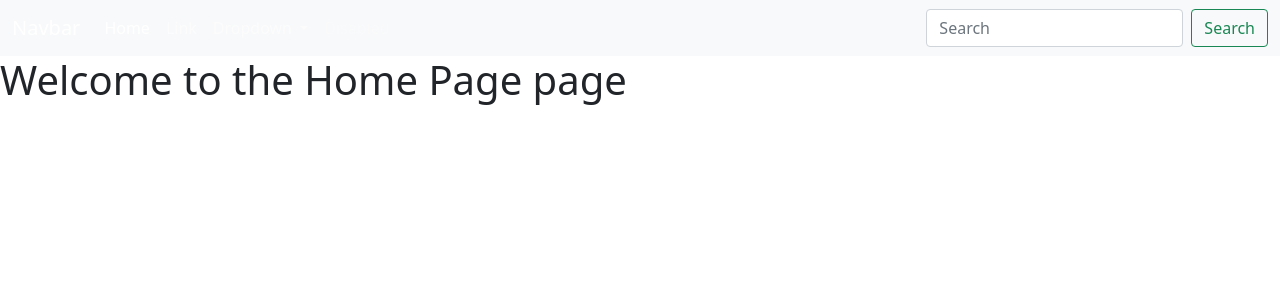
Repository: Survey-Wizard/SurveyWizard
Page: http://localhost/home
These files come from the project's save history. The page is drawn as it stood at one moment and after the next save; the edit follows.
The browser window is 1280 px wide. The pictures show the whole page.
The page is served by the project's Node server (server.js). Other server files are loaded and not shown.

Above is the page before, as saved 2021-05-30 09:52:36.

### views/index.ejs
<!DOCTYPE html>
<html lang="en">
<head>
  <meta charset="UTF-8">
  <meta http-equiv="X-UA-Compatible" content="IE=edge">
  <meta name="viewport" content="width=device-width, initial-scale=1.0">
  <title><%= title %></title>
  <link rel='stylesheet' href='/bootstrap/dist/css/bootstrap.min.css' />
  <link rel='stylesheet' href='/@fortawesome/fontawesome-free/css/all.min.css' />
  <link rel='stylesheet' href='/Content/app.css' />

</head>
<body>

  <nav class="navbar navbar-expand-lg navbar-dark bg-light">
    <div class="container-fluid">
      <a class="navbar-brand" href="#">Navbar</a>
      <button class="navbar-toggler" type="button" data-bs-toggle="collapse" data-bs-target="#navbarSupportedContent" aria-controls="navbarSupportedContent" aria-expanded="false" aria-label="Toggle navigation">
        <span class="navbar-toggler-icon"></span>
      </button>
      <div class="collapse navbar-collapse" id="navbarSupportedContent">
        <ul class="navbar-nav me-auto mb-2 mb-lg-0">
          <li class="nav-item">
            <a class="nav-link active" aria-current="page" href="#">Home</a>
          </li>
          <li class="nav-item">
            <a class="nav-link" href="#">Link</a>
          </li>
          <li class="nav-item dropdown">
            <a class="nav-link dropdown-toggle" href="#" id="navbarDropdown" role="button" data-bs-toggle="dropdown" aria-expanded="false">
              Dropdown
            </a>
            <ul class="dropdown-menu" aria-labelledby="navbarDropdown">
              <li><a class="dropdown-item" href="#">Action</a></li>
              <li><a class="dropdown-item" href="#">Another action</a></li>
              <li><hr class="dropdown-divider"></li>
              <li><a class="dropdown-item" href="#">Something else here</a></li>
            </ul>
          </li>
          <li class="nav-item">
            <a class="nav-link disabled" href="#" tabindex="-1" aria-disabled="true">Disabled</a>
          </li>
        </ul>
        <form class="d-flex">
          <input class="form-control me-2" type="search" placeholder="Search" aria-label="Search">
          <button class="btn btn-outline-success" type="submit">Search</button>
        </form>
      </div>
    </div>
  </nav>


  <h1>Welcome to the <%= title %> page</h1>


  <script src="/jquery/dist/jquery.min.js"></script>
  <script src="/bootstrap/dist/css/bootstrap.min.js"></script>
  <script src="/Scripts/app.js"></script>

</body>
</html>

### server.js
#!/usr/bin/env node

/**
 * Module dependencies.
 */

var app = require('./app');
var debug = require('debug')('assignment-1-portfolio:server');
var http = require('http');

/**
 * Get port from environment and store in Express.
 */

var port = normalizePort(process.env.PORT || '3000');
app.set('port', port);

/**
 * Create HTTP server.
 */

var server = http.createServer(app);

/**
 * Listen on provided port, on all network interfaces.
 */

server.listen(port);
server.on('error', onError);
server.on('listening', onListening);

/**
 * Normalize a port into a number, string, or false.
 */

function normalizePort(val) {
  var port = parseInt(val, 10);

  if (isNaN(port)) {
    // named pipe
    return val;
  }

  if (port >= 0) {
    // port number
    return port;
  }

  return false;
}

/**
 * Event listener for HTTP server "error" event.
 */

function onError(error) {
  if (error.syscall !== 'listen') {
    throw error;
  }

  var bind = typeof port === 'string'
    ? 'Pipe ' + port
    : 'Port ' + port;

  // handle specific listen errors with friendly messages
  switch (error.code) {
    case 'EACCES':
      console.error(bind + ' requires elevated privileges');
      process.exit(1);
      break;
    case 'EADDRINUSE':
      console.error(bind + ' is already in use');
      process.exit(1);
      break;
    default:
      throw error;
  }
}

/**
 * Event listener for HTTP server "listening" event.
 */

function onListening() {
  var addr = server.address();
  var bind = typeof addr === 'string'
    ? 'pipe ' + addr
    : 'port ' + addr.port;
  debug('Listening on ' + bind);
}

### routes/index.js
var express = require('express');
var router = express.Router();


/* GET home page. */
router.get('/', function(req, res, next) {
  res.render('index', { title: 'Home Page' });
});

/* GET home page. */
router.get('/home', function(req, res, next) {
  res.render('index', { title: 'Home Page' });
});

/* GET About page. */
router.get('/about', function(req, res, next) {
  res.render('index', { title: 'About' });
});

/* GET Projects page. */
router.get('/projects', function(req, res, next) {
  res.render('index', { title: 'Projects' });
});

/* GET Services page. */
router.get('/services', function(req, res, next) {
  res.render('index', { title: 'Services' });
});

/* GET Contact page. */
router.get('/contact', function(req, res, next) {
  res.render('index', { title: 'Contact Me' });
});



module.exports = router;

### app.js
let createError = require('http-errors');
let express = require('express');
let path = require('path');
let cookieParser = require('cookie-parser');
let logger = require('morgan');

let indexRouter = require('./routes/index');
let usersRouter = require('./routes/users');

let app = express();

// view engine setup
app.set('views', path.join(__dirname, 'views'));
app.set('view engine', 'ejs');

app.use(logger('dev'));
app.use(express.json());
app.use(express.urlencoded({ extended: false }));
app.use(cookieParser());
app.use(express.static(path.join(__dirname, 'public')));
app.use(express.static(path.join(__dirname, 'node_modules')));
app.use('/', indexRouter);
app.use('/users', usersRouter);

// catch 404 and forward to error handler
app.use(function(req, res, next) {
  next(createError(404));
});

// error handler
app.use(function(err, req, res, next) {
  // set locals, only providing error in development
  res.locals.message = err.message;
  res.locals.error = req.app.get('env') === 'development' ? err : {};

  // render the error page
  res.status(err.status || 500);
  res.render('error');
});

module.exports = app;

### public/Content/app.css
/* Custom css */

### public/Scripts/app.js
(function (){

    function Start ()
    {
        console.log("App Started...");

    }

    window.addEventListener("load", Start);

})();

After the next save:
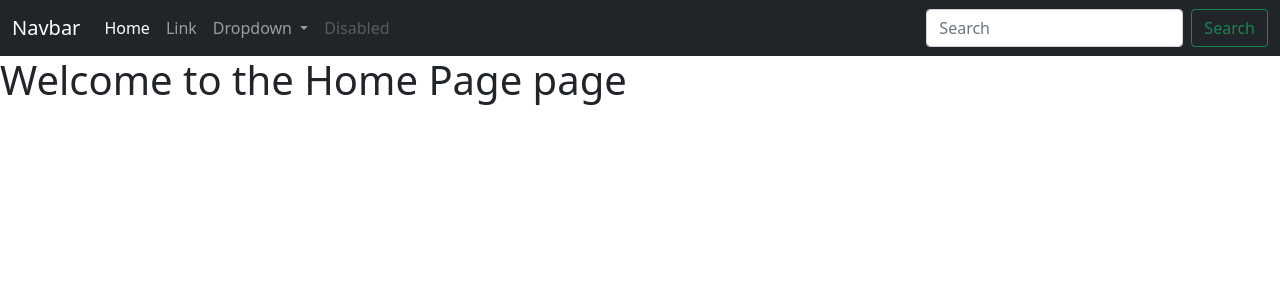
Saved 7 s later.
--- a/views/index.ejs
+++ b/views/index.ejs
@@ -12,7 +12,7 @@
 </head>
 <body>
 
-  <nav class="navbar navbar-expand-lg navbar-dark bg-light">
+  <nav class="navbar navbar-expand-lg navbar-dark bg-dark">
     <div class="container-fluid">
       <a class="navbar-brand" href="#">Navbar</a>
       <button class="navbar-toggler" type="button" data-bs-toggle="collapse" data-bs-target="#navbarSupportedContent" aria-controls="navbarSupportedContent" aria-expanded="false" aria-label="Toggle navigation">
